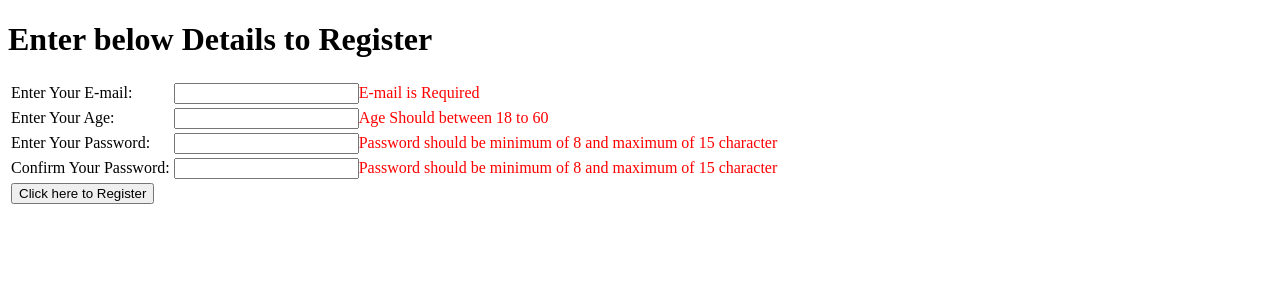
Repository: royalnavghans/JavaFullStackGit
Page: http://localhost/SpringAss2/WEB-INF/Register.jsp
The author's editor kept a copy of each file at every save. The page is drawn from the files as they stood at one save, then again after the next save.
The browser window is 1280 px wide. The pictures show the whole page.
The page is served by Tomcat 9. Nobody is signed in. The template is opened directly, without the code that normally fills it, so the values that code supplies are empty.

Above is the page before, as saved 2022-12-04 10:42:57.

After the next save:
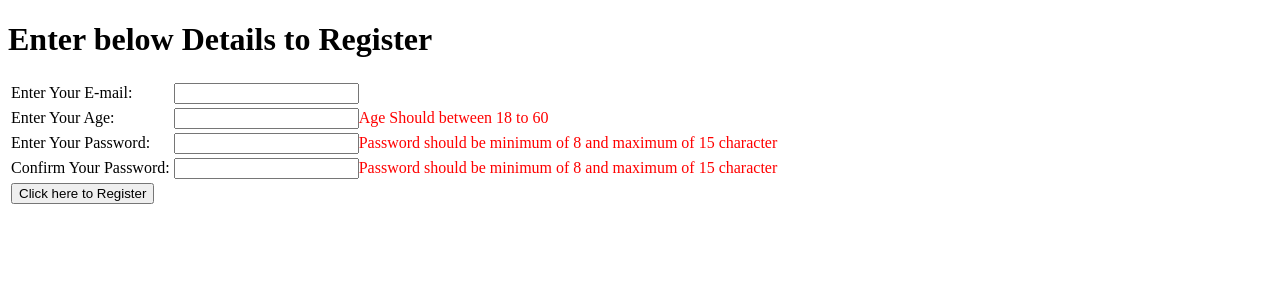
Saved 105 s later.
--- a/RoyalSpringProjects/RoyalSpringProjects/SpringAss2/src/main/webapp/WEB-INF/Register.jsp
+++ b/RoyalSpringProjects/RoyalSpringProjects/SpringAss2/src/main/webapp/WEB-INF/Register.jsp
@@ -23,7 +23,7 @@ color:red;}
 				<tr>
 					<td><form:label path="Email">Enter Your E-mail:</form:label></td>
 
-					<td><form:input path="Email" /><span class="red">E-mail is Required</span></td>
+					<td><form:input path="Email" /></td>
 				</tr>
 				<form:errors path="Email" cssClass="error" />
 				<tr>
